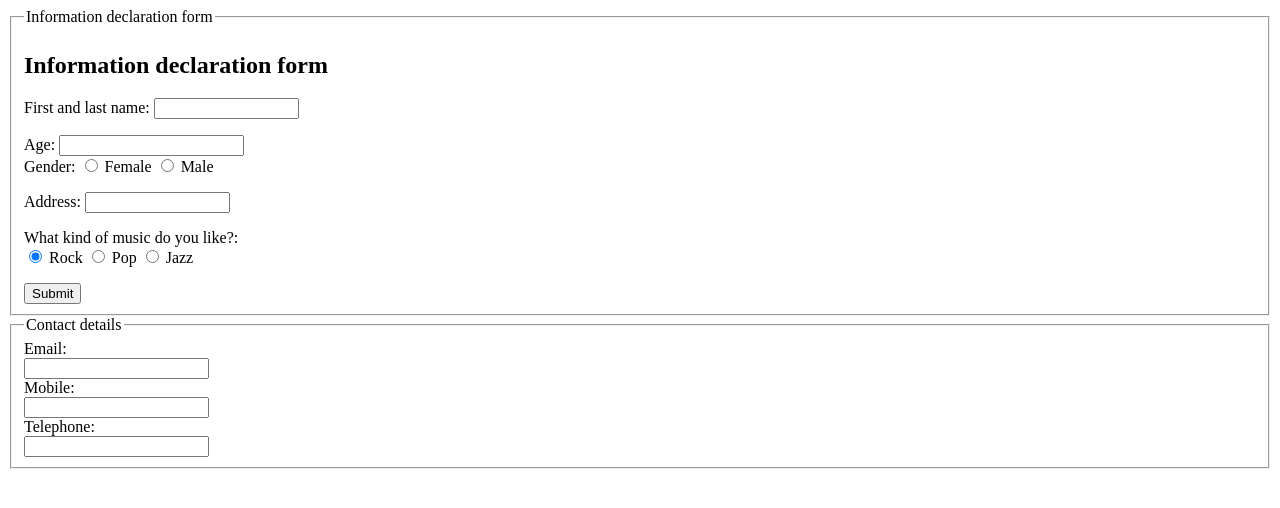
Repository: Helianthusss/Learn-CPP
Page: HTML/btvn22/bai1/bieumau.html
An editor plug-in stored every save of this project. The page is shown before and after the next save, followed by the edit.
The browser window is 1280 px wide. The pictures show the whole page.

Above is the page before, as saved 2021-09-22 13:27:54.

### HTML/btvn22/bai1/bieumau.html
<!DOCTYPE html>
<html lang="en">
  <head>
    <meta charset="UTF-8" />
    <meta http-equiv="X-UA-Compatible" content="IE=edge" />
    <meta name="viewport" content="width=device-width, initial-scale=1.0" />
    <title>Document</title>
  </head>
  <body>
    <fieldset>
      <legend>Information declaration form</legend>
      <h2>Information declaration form</h2>
      <form action="http://www.example.com/login.php">
        <p>
          First and last name:
          <input type="text" name="username" size="15" maxlength="30" />
        </p>
        <label>Age: <input type="text" name="age" /></label>
        <br/ > Gender:
        <input id="female" type="radio" name="gender" value="f" />
        <label for="female">Female</label>
        <input id="male" type="radio" name="gender" value="m" />
        <label for="male">Male</label>
        <p>
          Address:
          <input type="address" name="address" size="15" maxlength="30" />
        </p>
      </form>
      <form action="http://www.example.com/profile.php">
        <p>
          What kind of music do you like?:
          <br />
          <input type="radio" name="genre" value="rock" checked="checked" />
          Rock
          <input type="radio" name="genre" value="pop" />
          Pop
          <input type="radio" name="genre" value="jazz" />
          Jazz
        </p>
      </form>
      <input type="submit" value="Submit" />
    </fieldset>
    <fieldset>
      <legend>Contact details</legend>
      <label
        >Email:<br />
        <input type="text" name="email" /></label
      ><br />
      <label
        >Mobile:<br />
        <input type="text" name="mobile" /></label
      ><br />
      <label
        >Telephone:<br />
        <input type="text" name="telephone"
      /></label>
    </fieldset>
  </body>
</html>

After the next save:
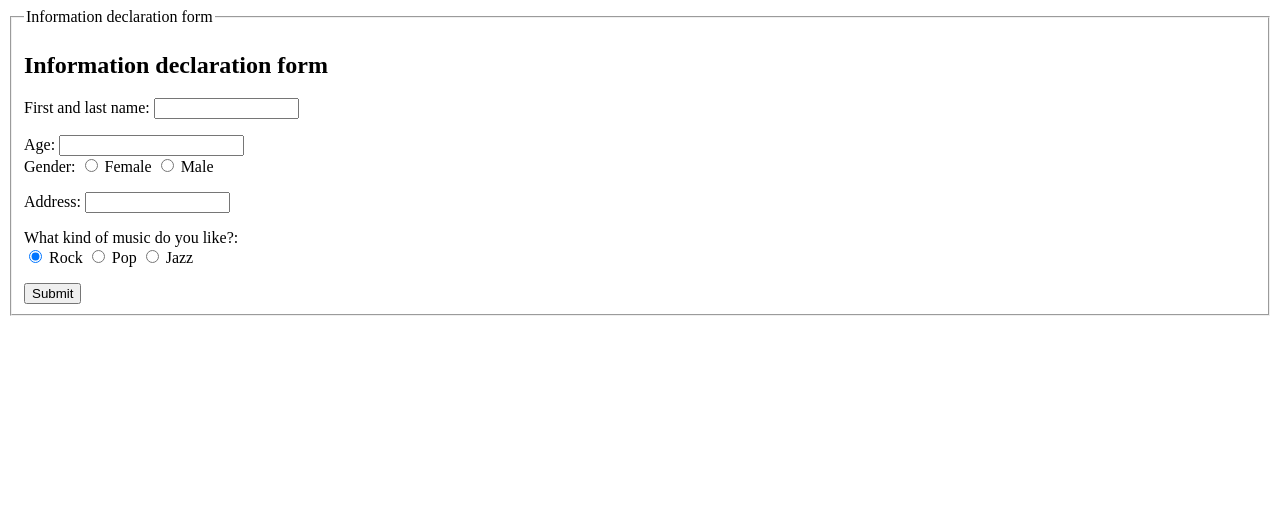
Saved 12 s later.
--- a/HTML/btvn22/bai1/bieumau.html
+++ b/HTML/btvn22/bai1/bieumau.html
@@ -40,20 +40,5 @@
       </form>
       <input type="submit" value="Submit" />
     </fieldset>
-    <fieldset>
-      <legend>Contact details</legend>
-      <label
-        >Email:<br />
-        <input type="text" name="email" /></label
-      ><br />
-      <label
-        >Mobile:<br />
-        <input type="text" name="mobile" /></label
-      ><br />
-      <label
-        >Telephone:<br />
-        <input type="text" name="telephone"
-      /></label>
-    </fieldset>
   </body>
 </html>
